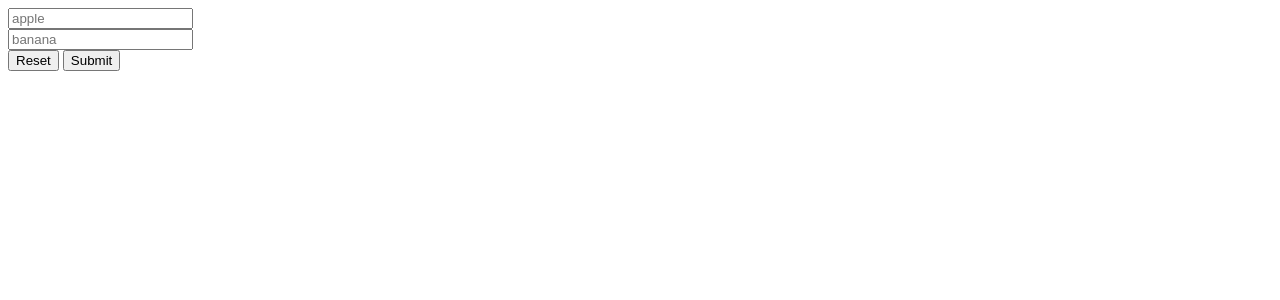
Repository: lee-ruru/jsp_practice
Page: http://localhost/JSPBasic/JspObject/1.requests/req_param_send.jsp
These files come from the project's save history. The page is drawn as it stood at one moment and after the next save; the edit follows.
The browser window is 1280 px wide. The pictures show the whole page.
The page is served by Tomcat 9.

Above is the page before, as saved 2022-02-03 05:46:46.

### JSPBasic/src/main/webapp/JspObject/1.requests/req_param_send.jsp
<%@ page language="java" contentType="text/html; charset=UTF-8"
    pageEncoding="UTF-8"%>
<!DOCTYPE html>
<html>
<head>
<meta charset="UTF-8">
<title>Insert title here</title>
</head>
<body>
	<%--아래에 form을 만들고 내부에 input 4개를 만들어주세요.
	input태그의 type속성은 하나는 text, 하나는 password
	name 속성은 하나는 apple. 하나는 banana로 해주세요.
	reset버튼과 submit버튼도 각각 하나씩 만들어주세요.

	form의 action이 바로 목적지를 적는 부분임.
	웹개발에서는 받을 페이지 화면의 주소를 적어줍니다.--%>

	<form action="req_param_getpost.jsp" method="get">
		<input type="text" name="apple" placeholder="apple" /><br/>
		<input type="password" name="banana" placeholder="banana" /><br/>
		<input type="reset" />
		<input type="submit" />
	</form>
</body>
</html>

After the next save:
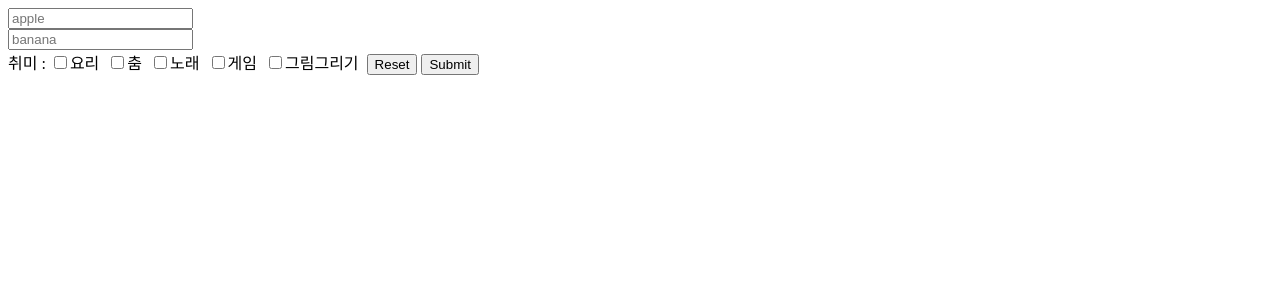
Saved 24 min 24 s later.
--- a/JSPBasic/src/main/webapp/JspObject/1.requests/req_param_send.jsp
+++ b/JSPBasic/src/main/webapp/JspObject/1.requests/req_param_send.jsp
@@ -18,6 +18,15 @@
 	<form action="req_param_getpost.jsp" method="get">
 		<input type="text" name="apple" placeholder="apple" /><br/>
 		<input type="password" name="banana" placeholder="banana" /><br/>
+
+		취미 :
+		<input type = "checkbox" name="habby" >요리&nbsp;
+		<input type = "checkbox" name="habby" >춤&nbsp;
+		<input type = "checkbox" name="habby" >노래&nbsp;
+		<input type = "checkbox" name="habby" >게임&nbsp;
+		<input type = "checkbox" name="habby" >그림그리기&nbsp;
+
+
 		<input type="reset" />
 		<input type="submit" />
 	</form>
